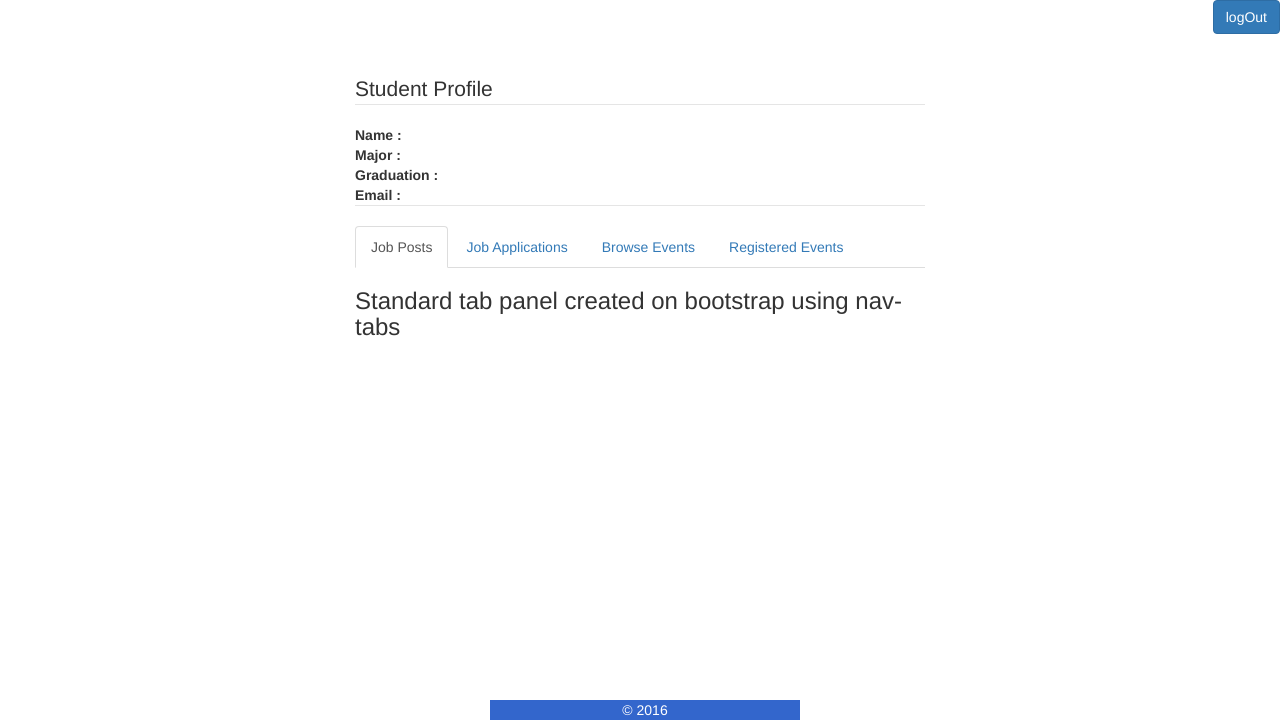
Repository: merlynfrank/AcademicProjects
Page: http://localhost/studenthome
These files come from the project's save history. The page is drawn as it stood at one moment and after the next save; the edit follows.
The browser window is 1280 px wide. The pictures show the whole page.
The page is this project's Thymeleaf template; nobody is signed in. The template is opened directly, without the code that normally fills it, so the values that code supplies are empty.

Above is the page before, as saved 2018-12-01 01:00:55.

After the next save:
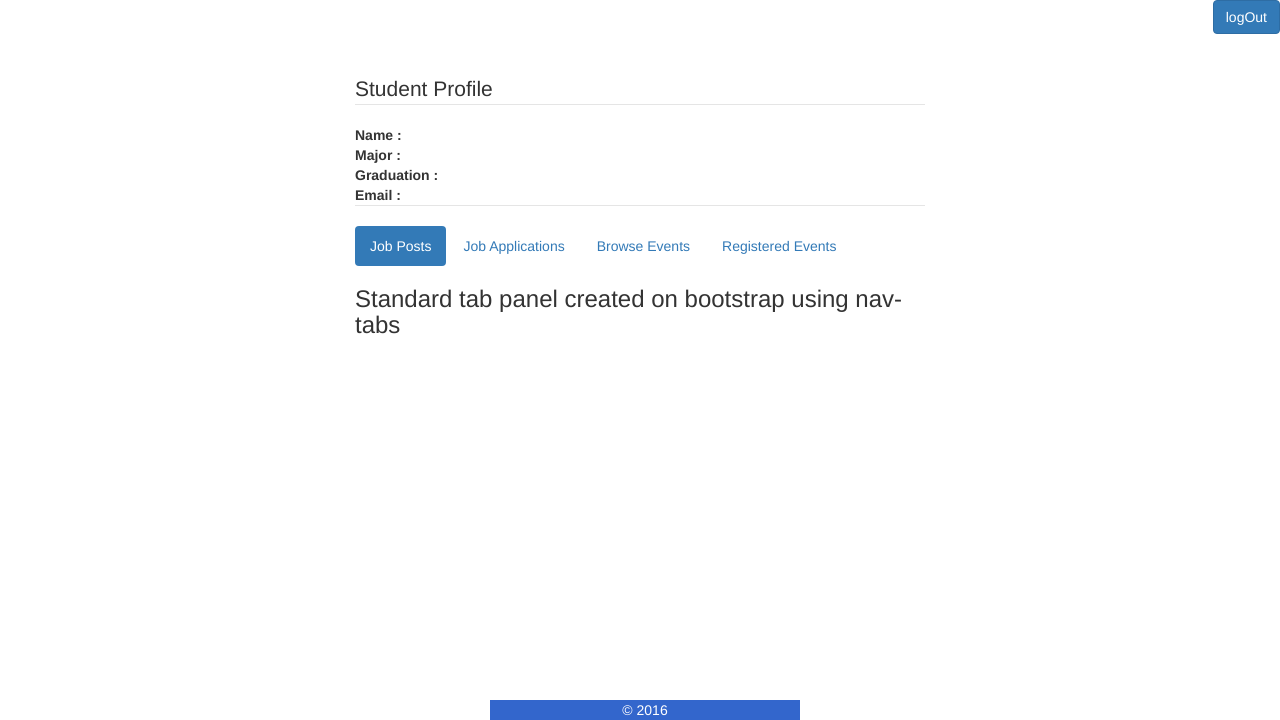
Saved 3 min 49 s later.
--- a/smith-is-internship/src/main/resources/templates/studenthome.html
+++ b/smith-is-internship/src/main/resources/templates/studenthome.html
@@ -97,7 +97,7 @@
 	<div class="container"><legend></legend></div>
 
 <div id="exTab2" class="container">
-<ul class="nav nav-tabs">
+<ul class="nav nav-pills">
 			<li class="active">
         <a  href="#1" data-toggle="tab">Job Posts</a>
 			</li>

After the 3 saves that followed:
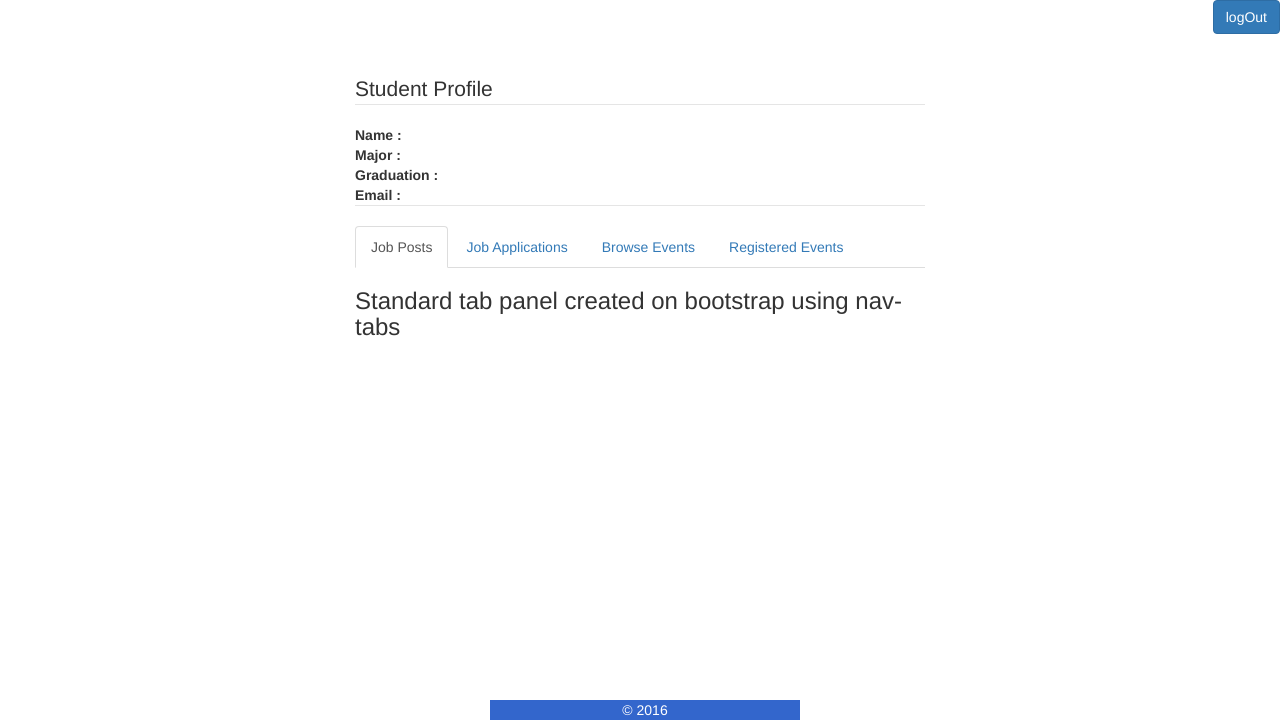
The 3 saves are shown as one change because 2 left the picture as it was.
The last was saved 3 min 2 s later.
--- a/smith-is-internship/src/main/resources/templates/studenthome.html
+++ b/smith-is-internship/src/main/resources/templates/studenthome.html
@@ -97,7 +97,7 @@
 	<div class="container"><legend></legend></div>
 
 <div id="exTab2" class="container">
-<ul class="nav nav-pills">
+<ul class="nav nav-tabs">
 			<li class="active">
         <a  href="#1" data-toggle="tab">Job Posts</a>
 			</li>
